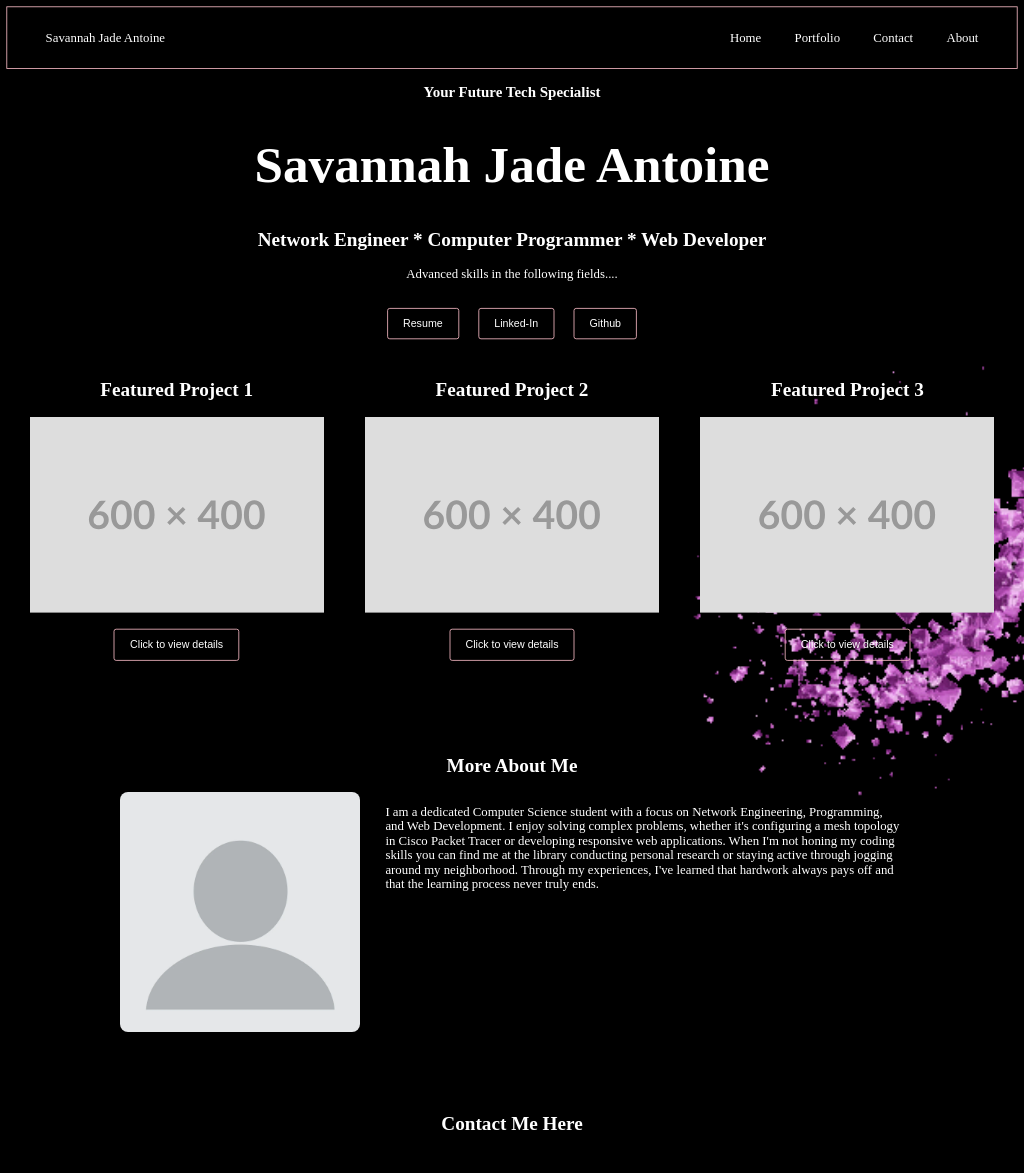
Repository: Savannah-Antoine/Savannah-Antoine
Page: index.html
These files come from the project's save history. The page is drawn as it stood at one moment and after the next save; the edit follows.
The browser window is 1280 px wide. The pictures show the whole page, at 80% of full size.

Above is the page before, as saved 2026-05-15 14:15:42.

After the next save:
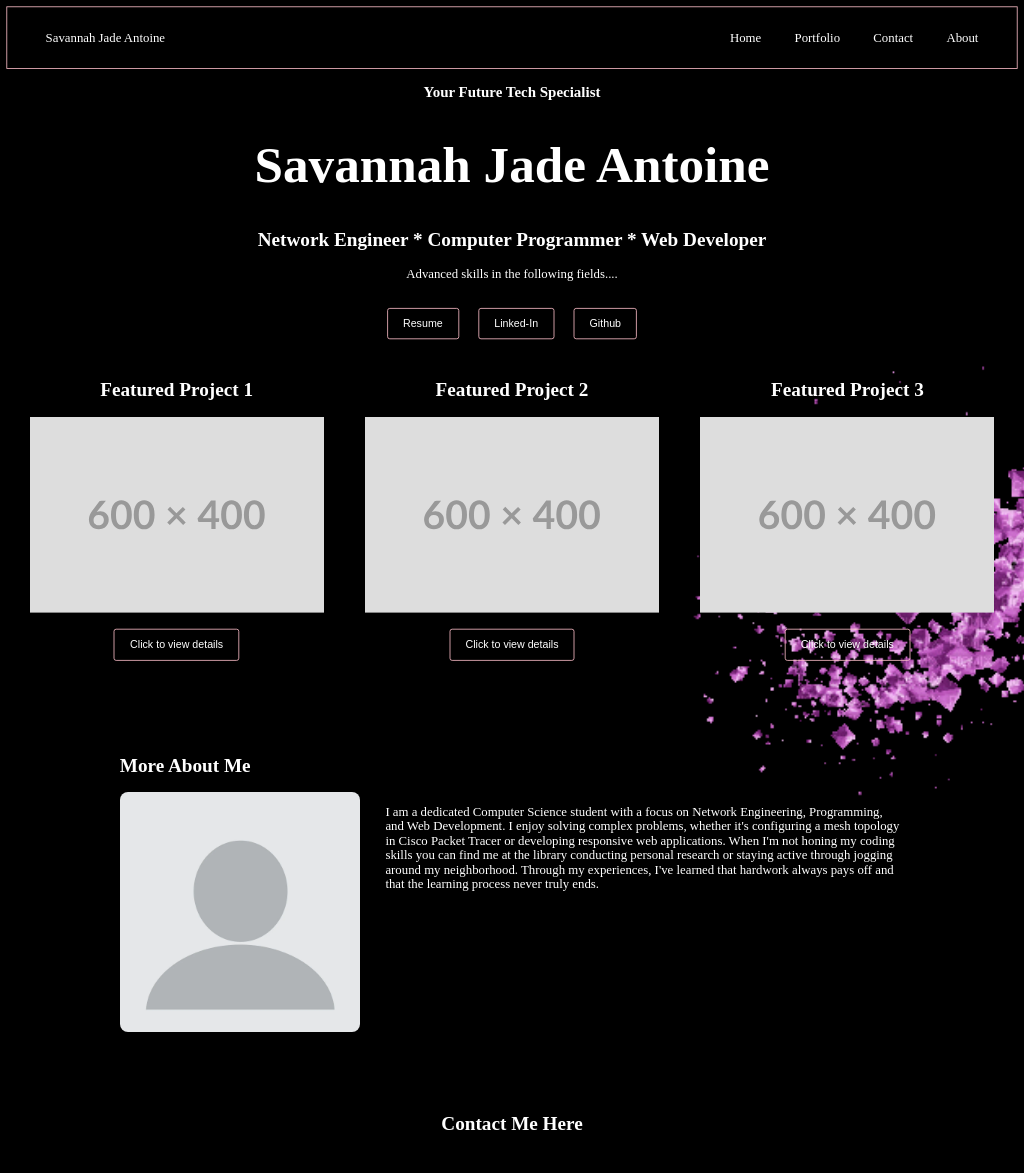
Saved 70 s later.
--- a/styles/index.css
+++ b/styles/index.css
@@ -92,9 +92,8 @@ img{
     }
     #AboutMe
     {
-        align-items: flex-start;
         padding: 50px 10%;
-        text-align: center;
+        text-align: left;
       max-width: 1000px;
     }
 

After the 2 saves that followed:
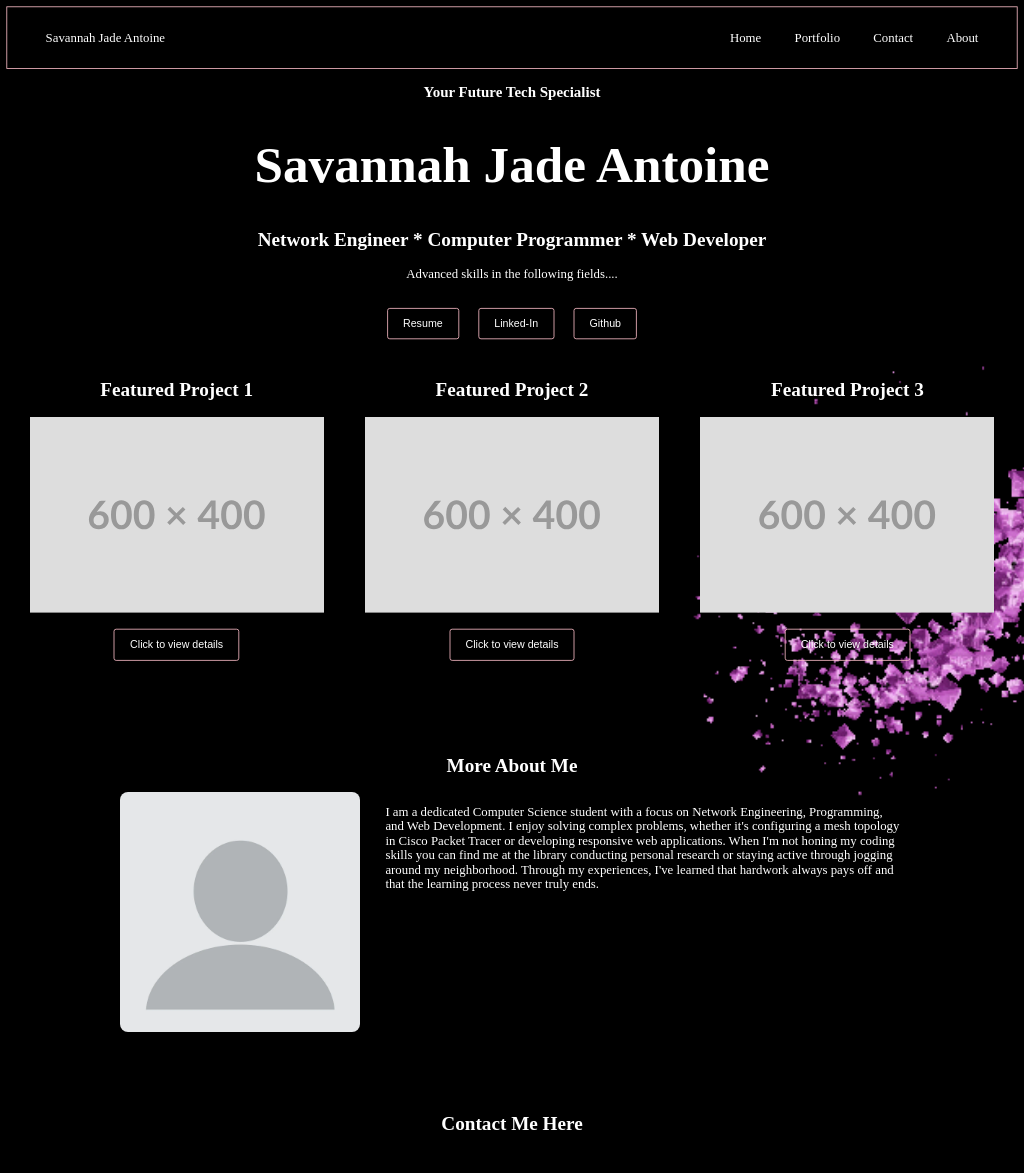
The 2 saves are shown as one change because 1 left the picture as it was.
The last was saved 3 min 58 s later.
--- a/index.html
+++ b/index.html
@@ -53,7 +53,7 @@
 </section>
 
 <section id = "AboutMe">
- <h2>More About Me</h2>
+<h2>More About Me</h2>
 <div  class = "aboutMe"> <img src = "./assets/images/profilepic.png" alt = "profile picture" />
 
 <p>I am a dedicated Computer Science student with a focus on Network Engineering, Programming, and Web Development.
--- a/styles/index.css
+++ b/styles/index.css
@@ -42,13 +42,13 @@ img{
 
 @media screen and (min-width: 768px)
 {
-   .about-container {
-        flex-direction: row;      /* Side-by-side */
+
+    .aboutMe {
+        flex-direction: row;
         justify-content: center;
-        text-align: left;         /* Professional bio alignment */
-        gap: 4rem;
+        align-items: flex-start;
+        text-align: left;
     }
-
 
 
     #AboutMe img {
@@ -83,17 +83,13 @@ img{
     .container {
         margin: 0 auto;
     }
-    .aboutMe {
-        flex-direction: row;      /* Side-by-side only on desktop */
-        justify-content: center;
-        align-items: flex-start;  /* Aligns image top with text top */
-        text-align: left;         /* Professional look for side-by-side */
 
     }
     #AboutMe
     {
         padding: 50px 10%;
-        text-align: left;
+        text-align: center;
+        justify-content: center;
       max-width: 1000px;
     }
 
